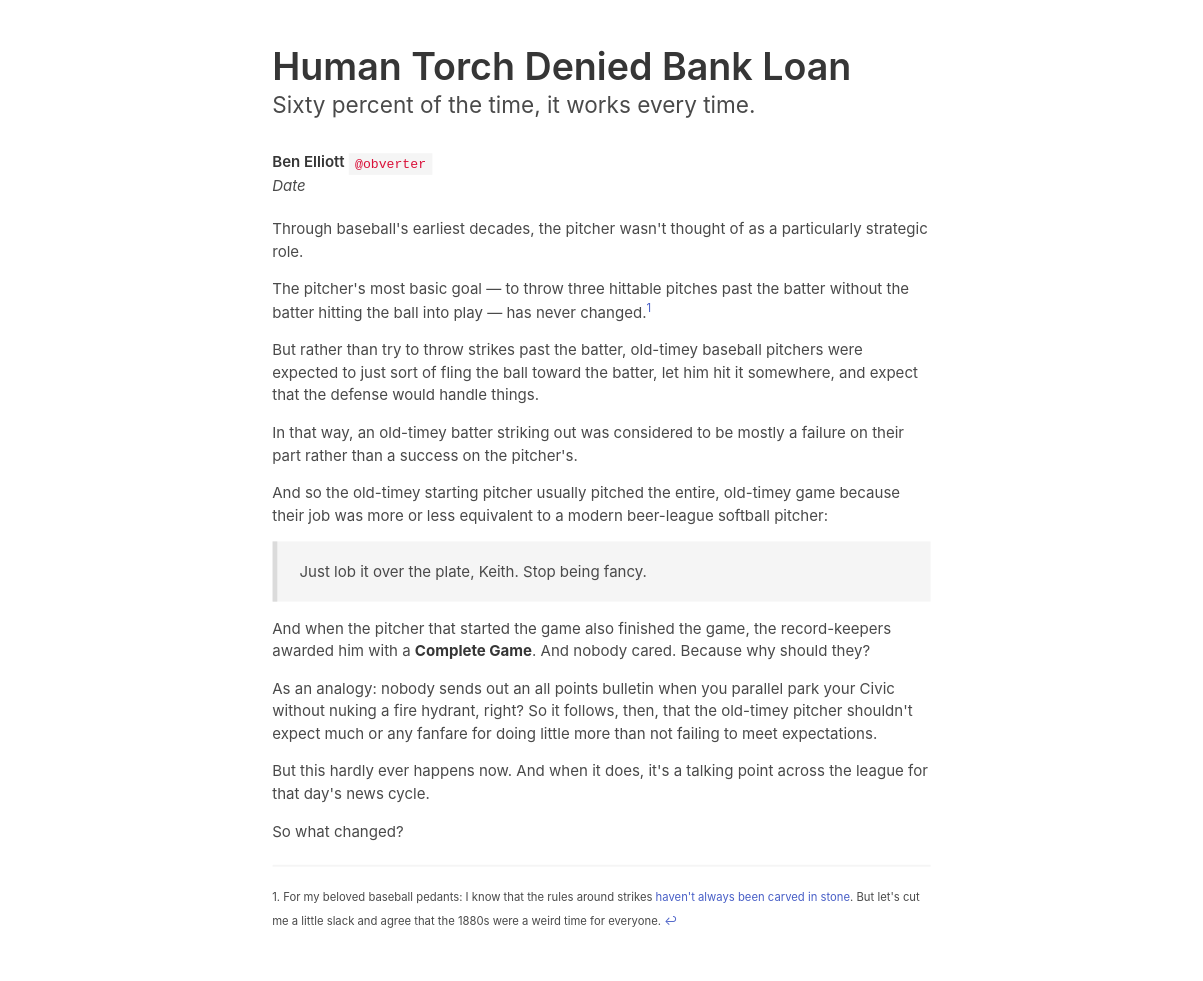
Repository: obverter/complete-games-are-done
Page: index.html
These files come from the project's save history. The page is drawn as it stood at one moment and after the next save; the edit follows.
The browser window is 1280 px wide. The pictures show the whole page, at 94% of full size.

Above is the page before, as saved 2022-06-24 16:38:54.

After the next save:
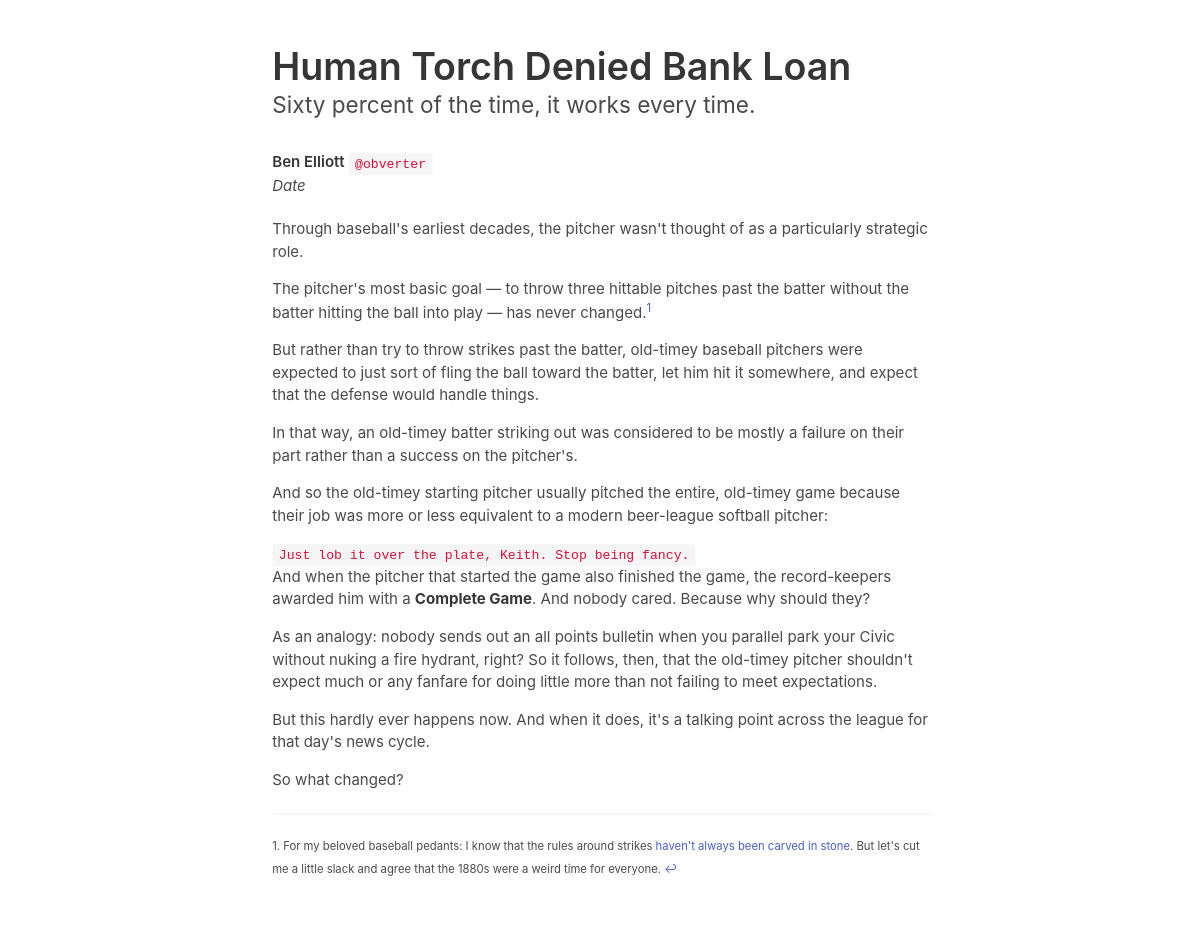
Saved 20 s later.
--- a/index.html
+++ b/index.html
@@ -59,7 +59,7 @@
                             And so the old-timey starting pitcher usually
                             pitched the entire, old-timey game because their job was more or less equivalent to a modern beer-league softball pitcher:
                         </p>
-                            <blockquote>Just lob it over the plate, Keith. Stop being fancy.</blockquote>
+                            <code>Just lob it over the plate, Keith. Stop being fancy.</code>
                         <p>
                             And when the pitcher that started the game also
                             finished the game, the record-keepers awarded him

After the save that followed:
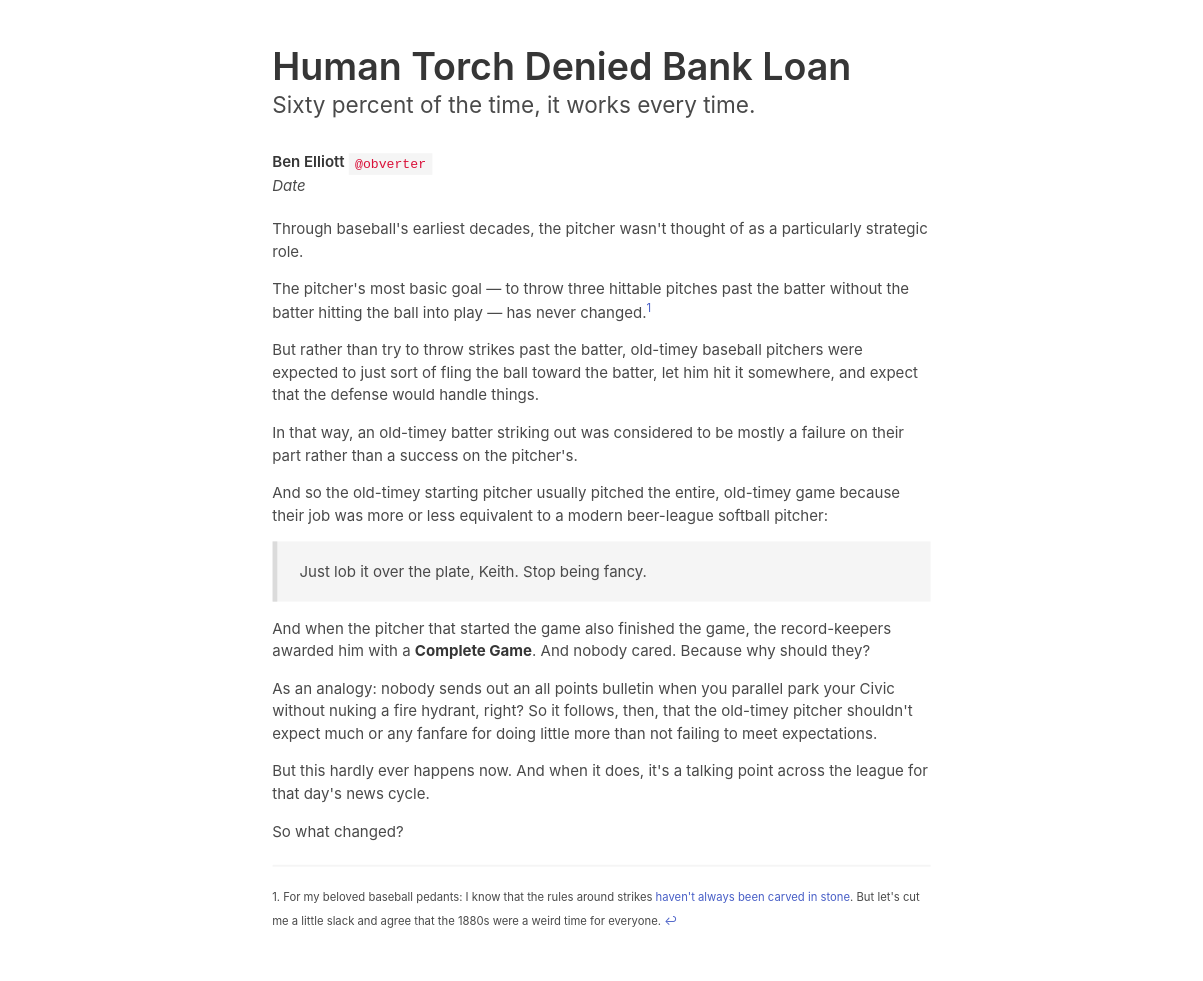
Saved 25 s later.
--- a/index.html
+++ b/index.html
@@ -59,7 +59,7 @@
                             And so the old-timey starting pitcher usually
                             pitched the entire, old-timey game because their job was more or less equivalent to a modern beer-league softball pitcher:
                         </p>
-                            <code>Just lob it over the plate, Keith. Stop being fancy.</code>
+                            <blockquote>Just lob it over the plate, Keith. Stop being fancy.</blockquote>
                         <p>
                             And when the pitcher that started the game also
                             finished the game, the record-keepers awarded him
